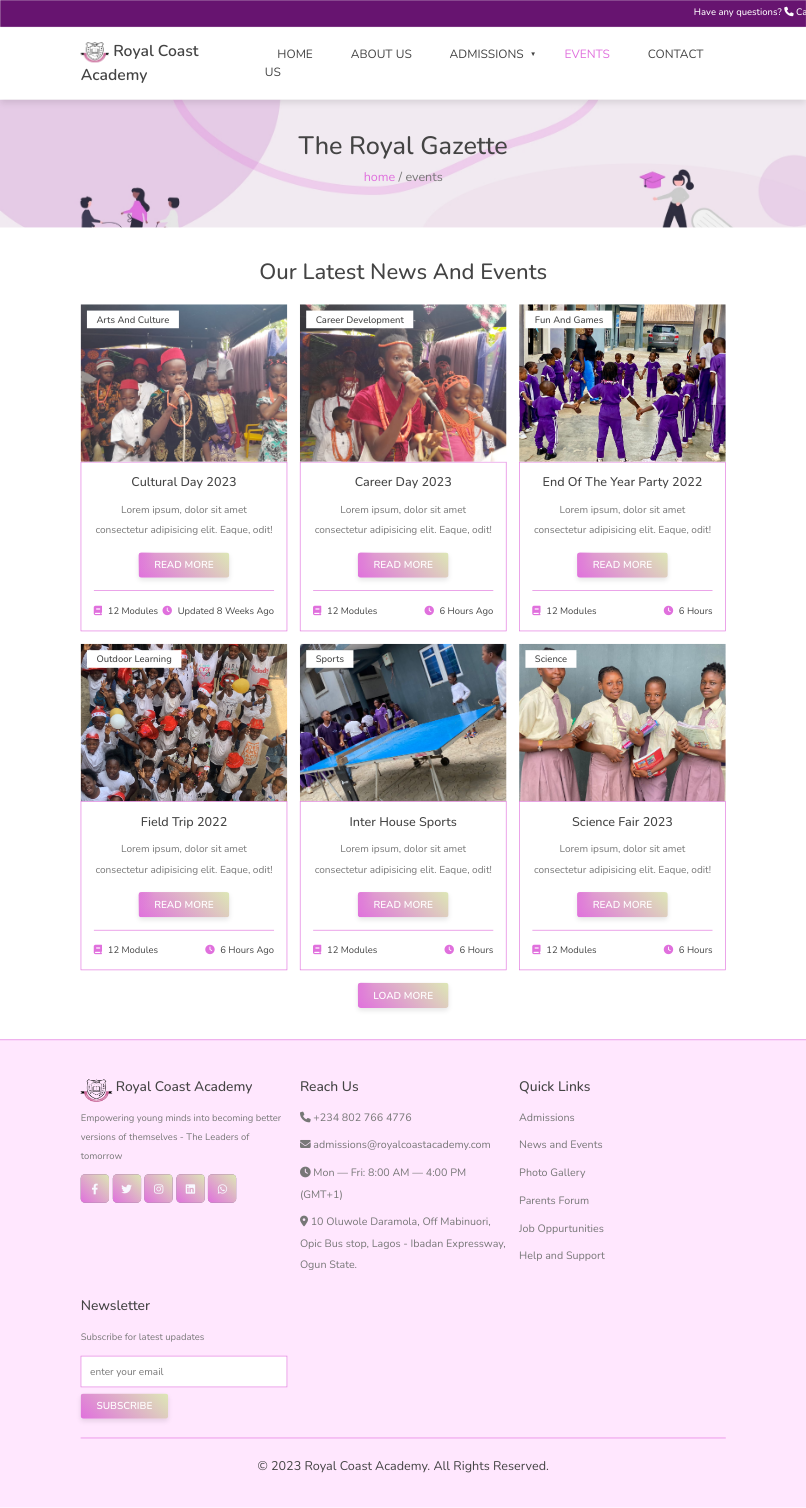
Repository: AdeniranZion/RC-Academy
Page: http://localhost/calendar.php
These files come from the project's save history. The page is drawn as it stood at one moment and after the next save; the edit follows.
The browser window is 1280 px wide. The pictures show the whole page, at 63% of full size.
Some web libraries are served in a nearby version. The page is run by PHP 8.4 with error messages shown; the project is at /var/www/html/.

Above is the page before, as saved 2024-06-21 16:17:38.
Console error: TypeError: Cannot set properties of null (setting 'onclick')

After the next save:
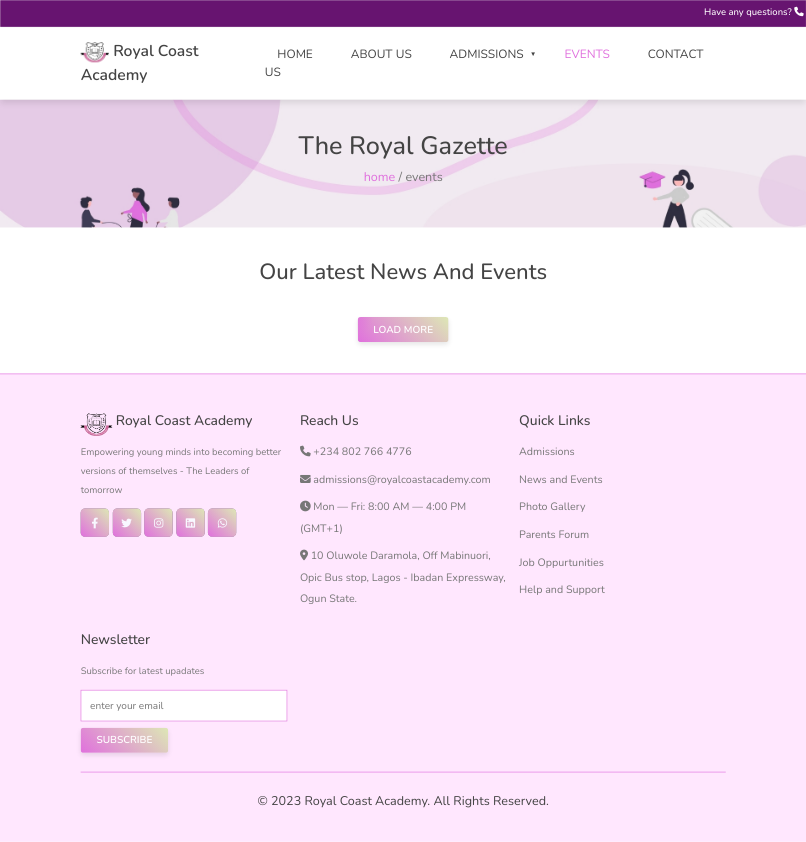
Saved 2 min 22 s later.
--- a/calendar.php
+++ b/calendar.php
@@ -110,101 +110,7 @@
 
    <div class="box-container">
 
-      <div class="box">
-         <div class="image">
-            <img src="images/wids2.jpg" alt="">
-            <h3>Arts and Culture</h3>
-         </div>
-         <div class="content">
-            <h3>cultural Day 2023</h3>
-            <p>Lorem ipsum, dolor sit amet consectetur adipisicing elit. Eaque, odit!</p>
-            <a href="#" class="btn">read more</a>
-            <div class="icons">
-               <span> <i class="fas fa-book"></i> 12 modules </span>
-               <span> <i class="fas fa-clock"></i> Updated 8 weeks ago</span>
-            </div>
-         </div>
-      </div>
 
-      <div class="box">
-         <div class="image">
-            <img src="images/wids.jpg" alt="">
-            <h3>Career Development</h3>
-         </div>
-         <div class="content">
-            <h3>Career day 2023</h3>
-            <p>Lorem ipsum, dolor sit amet consectetur adipisicing elit. Eaque, odit!</p>
-            <a href="#" class="btn">read more</a>
-            <div class="icons">
-               <span> <i class="fas fa-book"></i> 12 modules </span>
-               <span> <i class="fas fa-clock"></i> 6 hours ago</span>
-            </div>
-         </div>
-      </div>
-
-      <div class="box">
-         <div class="image">
-            <img src="images/IMG-20240616-WA0054.jpg" alt="">
-            <h3>Fun and Games</h3>
-         </div>
-         <div class="content">
-            <h3>End of the year Party 2022</h3>
-            <p>Lorem ipsum, dolor sit amet consectetur adipisicing elit. Eaque, odit!</p>
-            <a href="#" class="btn">read more</a>
-            <div class="icons">
-               <span> <i class="fas fa-book"></i> 12 modules </span>
-               <span> <i class="fas fa-clock"></i> 6 hours </span>
-            </div>
-         </div>
-      </div>
-
-      <div class="box">
-         <div class="image">
-            <img src="images/IMG_2543.jpg" alt="">
-            <h3>Outdoor Learning</h3>
-         </div>
-         <div class="content">
-            <h3>Field Trip 2022</h3>
-            <p>Lorem ipsum, dolor sit amet consectetur adipisicing elit. Eaque, odit!</p>
-            <a href="#" class="btn">read more</a>
-            <div class="icons">
-               <span> <i class="fas fa-book"></i> 12 modules </span>
-               <span> <i class="fas fa-clock"></i> 6 hours ago</span>
-            </div>
-         </div>
-      </div>
-
-      <div class="box">
-         <div class="image">
-            <img src="images/IMG-20240616-WA0055.jpg" alt="">
-            <h3>Sports</h3>
-         </div>
-         <div class="content">
-            <h3>Inter house Sports</h3>
-            <p>Lorem ipsum, dolor sit amet consectetur adipisicing elit. Eaque, odit!</p>
-            <a href="#" class="btn">read more</a>
-            <div class="icons">
-               <span> <i class="fas fa-book"></i> 12 modules </span>
-               <span> <i class="fas fa-clock"></i> 6 hours </span>
-            </div>
-         </div>
-      </div>
-
-      <div class="box">
-         <div class="image">
-            <img src="images/IMG-20240616-WA0033.jpg" alt="">
-            <h3>Science</h3>
-         </div>
-         <div class="content">
-            <h3>Science Fair 2023</h3>
-            <p>Lorem ipsum, dolor sit amet consectetur adipisicing elit. Eaque, odit!</p>
-            <a href="#" class="btn">read more</a>
-            <div class="icons">
-               <span> <i class="fas fa-book"></i> 12 modules </span>
-               <span> <i class="fas fa-clock"></i> 6 hours </span>
-            </div>
-         </div>
-      </div>
 
       <div class="box hide">
          <div class="image">

After the 3 saves that followed:
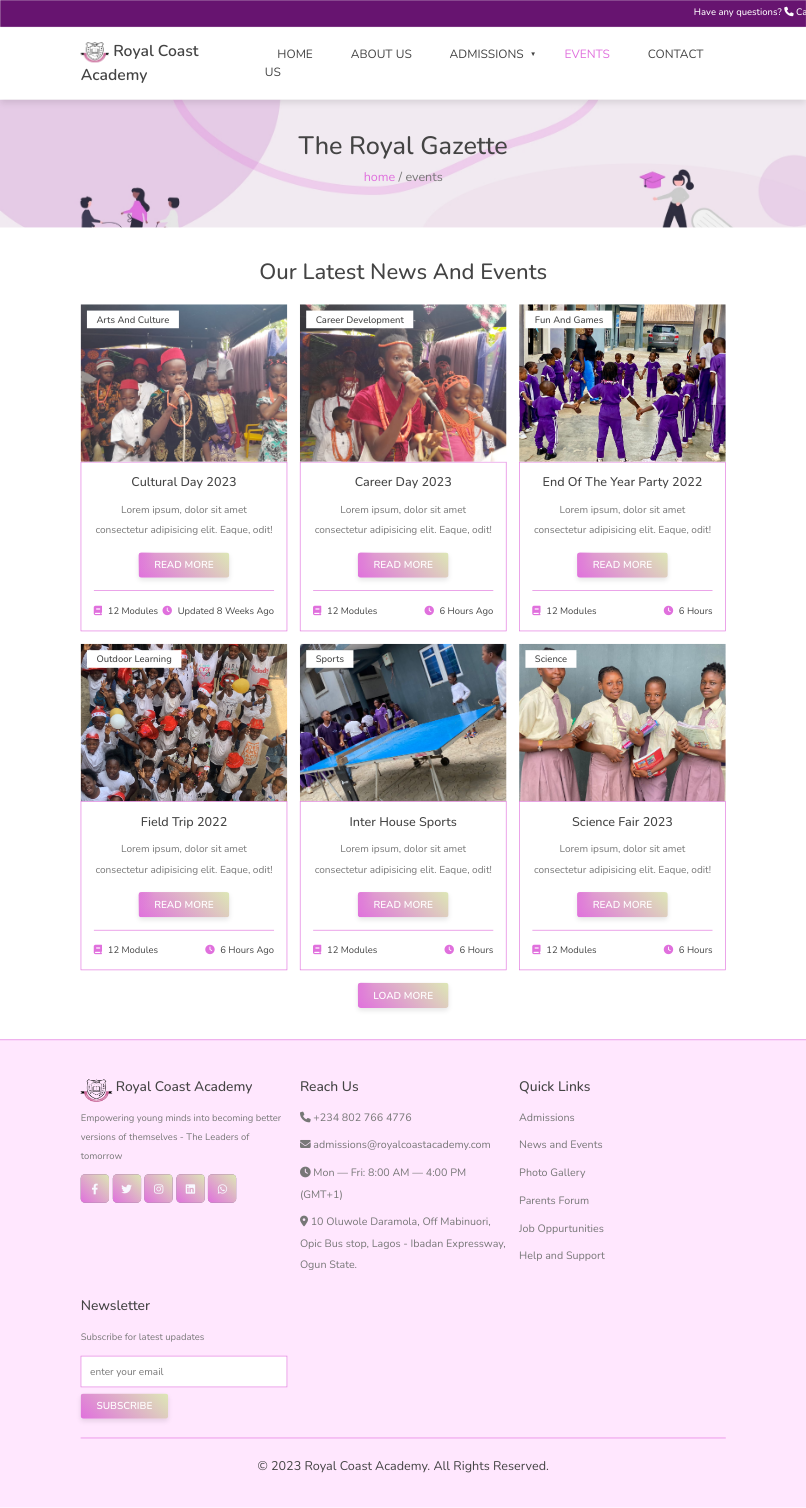
The 3 saves are shown as one change because 2 left the picture as it was.
The last was saved 86 s later.
--- a/calendar.php
+++ b/calendar.php
@@ -110,7 +110,101 @@
 
    <div class="box-container">
 
-
+      <div class="box">
+         <div class="image">
+            <img src="images/wids2.jpg" alt="">
+            <h3>Arts and Culture</h3>
+         </div>
+         <div class="content">
+            <h3>cultural Day 2023</h3>
+            <p>Lorem ipsum, dolor sit amet consectetur adipisicing elit. Eaque, odit!</p>
+            <a href="#" class="btn">read more</a>
+            <div class="icons">
+               <span> <i class="fas fa-book"></i> 12 modules </span>
+               <span> <i class="fas fa-clock"></i> Updated 8 weeks ago</span>
+            </div>
+         </div>
+      </div>
+
+      <div class="box">
+         <div class="image">
+            <img src="images/wids.jpg" alt="">
+            <h3>Career Development</h3>
+         </div>
+         <div class="content">
+            <h3>Career day 2023</h3>
+            <p>Lorem ipsum, dolor sit amet consectetur adipisicing elit. Eaque, odit!</p>
+            <a href="#" class="btn">read more</a>
+            <div class="icons">
+               <span> <i class="fas fa-book"></i> 12 modules </span>
+               <span> <i class="fas fa-clock"></i> 6 hours ago</span>
+            </div>
+         </div>
+      </div>
+
+      <div class="box">
+         <div class="image">
+            <img src="images/IMG-20240616-WA0054.jpg" alt="">
+            <h3>Fun and Games</h3>
+         </div>
+         <div class="content">
+            <h3>End of the year Party 2022</h3>
+            <p>Lorem ipsum, dolor sit amet consectetur adipisicing elit. Eaque, odit!</p>
+            <a href="#" class="btn">read more</a>
+            <div class="icons">
+               <span> <i class="fas fa-book"></i> 12 modules </span>
+               <span> <i class="fas fa-clock"></i> 6 hours </span>
+            </div>
+         </div>
+      </div>
+
+      <div class="box">
+         <div class="image">
+            <img src="images/IMG_2543.jpg" alt="">
+            <h3>Outdoor Learning</h3>
+         </div>
+         <div class="content">
+            <h3>Field Trip 2022</h3>
+            <p>Lorem ipsum, dolor sit amet consectetur adipisicing elit. Eaque, odit!</p>
+            <a href="#" class="btn">read more</a>
+            <div class="icons">
+               <span> <i class="fas fa-book"></i> 12 modules </span>
+               <span> <i class="fas fa-clock"></i> 6 hours ago</span>
+            </div>
+         </div>
+      </div>
+
+      <div class="box">
+         <div class="image">
+            <img src="images/IMG-20240616-WA0055.jpg" alt="">
+            <h3>Sports</h3>
+         </div>
+         <div class="content">
+            <h3>Inter house Sports</h3>
+            <p>Lorem ipsum, dolor sit amet consectetur adipisicing elit. Eaque, odit!</p>
+            <a href="#" class="btn">read more</a>
+            <div class="icons">
+               <span> <i class="fas fa-book"></i> 12 modules </span>
+               <span> <i class="fas fa-clock"></i> 6 hours </span>
+            </div>
+         </div>
+      </div>
+
+      <div class="box">
+         <div class="image">
+            <img src="images/IMG-20240616-WA0033.jpg" alt="">
+            <h3>Science</h3>
+         </div>
+         <div class="content">
+            <h3>Science Fair 2023</h3>
+            <p>Lorem ipsum, dolor sit amet consectetur adipisicing elit. Eaque, odit!</p>
+            <a href="#" class="btn">read more</a>
+            <div class="icons">
+               <span> <i class="fas fa-book"></i> 12 modules </span>
+               <span> <i class="fas fa-clock"></i> 6 hours </span>
+            </div>
+         </div>
+      </div>
 
       <div class="box hide">
          <div class="image">
